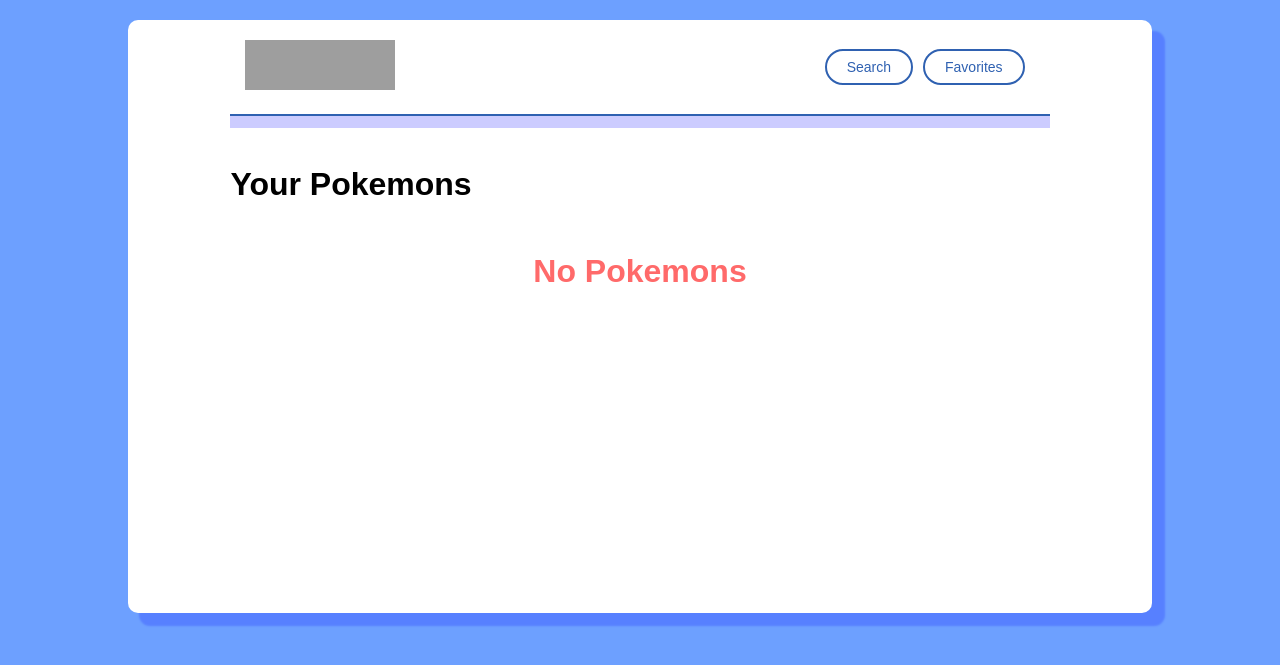
Repository: Rashiduulu/zeon-ithub-second-project
Page: FavoritePage/Favorite.html
These files come from the project's save history. The page is drawn as it stood at one moment and after the next save; the edit follows.
The browser window is 1280 px wide. The pictures show the whole page.
Pictures or frames that could not be fetched are drawn as grey boxes.

Above is the page before, as saved 2022-11-16 15:12:43.

### FavoritePage/Favorite.html
<!DOCTYPE html>
<html lang="en">

<head>
    <meta charset="UTF-8">
    <meta http-equiv="X-UA-Compatible" content="IE=edge">
    <meta name="viewport" content="width=device-width, initial-scale=1.0">
    <title>Document</title>
    <link rel="stylesheet" href="https://cdnjs.cloudflare.com/ajax/libs/font-awesome/6.0.0-beta3/css/all.min.css"
        integrity="sha512-Fo3rlrZj/k7ujTnHg4CGR2D7kSs0v4LLanw2qksYuRlEzO+tcaEPQogQ0KaoGN26/zrn20ImR1DfuLWnOo7aBA=="
        crossorigin="anonymous" referrerpolicy="no-referrer" />
    <link rel="stylesheet" href="./style.css">
</head>

<body>
    <div class="bg-color container">
        <header class="header container flex">
            <a href="../Home.html">
                <img class="logo" src="../imgs/Pokémon_logo.svg.png" alt="logo">
            </a>
            <div>
                <ul class="navbar flex">
                    <a href="../Home.html">
                        <li class="nav">Search</li>
                    </a>
                    <a href="./Favorite.html">
                        <li class="nav">Favorites</li>
                    </a>
                </ul>
            </div>
        </header>

        <div class="content container">
            <h1>Your Pokemons</h1>
        </div>

        <div class="container" id="favorite-cart">

        </div>
        <div class="false"></div>

        <script src="./script.js"></script>

</body>

</html>

### FavoritePage/style.css
* {
  margin: 0;
  padding: 0;
  box-sizing: border-box;
  font-family: sans-serif;
}

body {
  background: rgb(109, 160, 255);
}

.bg-color {
  background: #fff;
  box-shadow: 12px 12px 2px 1px rgba(0, 0, 255, 0.2);
  border-radius: 10px;
}

li {
  list-style-type: none;
}

a {
  text-decoration: none;
}

.container {
  width: 80%;
  margin: 0 auto;
}

.flex {
  display: flex;
}

.cu-p {
  cursor: pointer;
}
/*********************** header ***************************/

.header {
  align-items: center;
  justify-content: space-between;
  padding: 20px 15px;
  border-bottom: 2px solid rgb(47, 97, 177);
  box-shadow: 0 12px rgba(0, 0, 255, 0.2);
  margin-top: 20px;
}

.logo {
  width: 150px;
  height: 50px;
  cursor: pointer;
  transition: all 0.3s ease-out;
}

.logo:hover {
  transform: translateX(14px);
}

.nav {
  color: rgb(47, 97, 177);
  font-size: 14px;
  padding: 8px 20px;
  margin-right: 10px;
  border: 2px solid rgb(47, 97, 177);
  border-radius: 30px;
  cursor: pointer;
  transition: color 0.3s ease-out;
}

.nav:hover {
  background: rgb(254, 254, 7);
  color: rgb(47, 97, 177);
  border: 2px solid rgb(254, 254, 7);
}

.content {
  margin-top: 50px;
}

.showFav {
  display: flex;
}

/*********************************************************/

.card {
  display: flex;
  flex-direction: column;
  align-items: center;
  position: relative;
  background: rgb(132, 172, 238);
  border-radius: 5px;
  height: 330px;
  width: 250px;
  margin: 20px;
  padding: 20px 10px;
  box-shadow: 4px 6px 2px 1px rgba(0, 0, 255, 0.2);
  transition: all 0.2s ease-in;
}

.card:hover {
  transform: translateY(2px);
  box-shadow: none;
}

.card .left-side img {
  width: 185px;
  height: 150px;
  transition: all 0.1s ease-out;
}

.card .left-side {
  display: flex;
  flex-direction: column;
  align-items: center;
  color: rgb(23, 64, 130);
}

.poke-name {
  margin: 10px 0 5px;
  letter-spacing: 1px;
}

.left-side h3:nth-child(3) {
  margin: 10px 0;
}

.info-btn {
  position: absolute;
  top: 80px;
  right: 10px;
  color: rgb(47, 97, 177);
  font-size: 14px;
  padding: 4px 20px;
  margin-right: 10px;
  border: 2px solid rgb(47, 97, 177);
  border-radius: 30px;
  cursor: pointer;
  transition: color 0.3s ease-out;
  justify-content: flex-end;
  background: rgb(187, 187, 187);
}

.info-btn:hover {
  background: rgb(255, 255, 95);
  color: rgb(47, 97, 177);
  border: 2px solid rgb(255, 255, 95);
}

#favorite-cart {
  display: flex;
  flex-wrap: wrap;
  justify-content: center;
}

.fa-circle-xmark {
  position: absolute;
  top: 14px;
  right: 14px;
  font-size: 25px;
  color: rgb(71, 127, 224);
  cursor: pointer;
  transition: font-size 0.2s ease-out;
}

.fa-circle-xmark:hover {
  color: rgb(255, 84, 84);
  font-size: 27px;
}

.notPoke {
  display: flex;
  justify-content: center;
  margin-top: 50px;
  color: rgb(255, 106, 106);
  height: 50vh;
  width: 100%;
}

### FavoritePage/script.js
const favCart = document.querySelector("#favorite-cart");
//  localStorage.setItem("data", card);
const card = JSON.parse(localStorage.getItem("favorites"));
console.log(card);
// favCart.textContent = JSON.stringify(card);

function PokeCart() {
  if (Boolean(card)) {
    const pokeHTML = card
      .map((p) => {
        return `
       <div class="card" data-id = "${p.id}">
         <div class="left-side">
           <img class="poke-img" src="${p.image}" />
           <h2 class="poke-name">${p.name}</h2>
           <h3>Weight: ${p.weight}</h3>
           <h3>Type: ${p.type}</h3>
         </div>
         <div class="right-side">
         <i class="fas fa-circle-xmark" onclick="removeItem()"></i>
         </div>
     </div>
    `;
      })
      .join("");
    favCart.innerHTML = pokeHTML;
  } else {
    const noPoke = `<h1 class="notPoke">No Pokemons </h1>`;
    favCart.innerHTML = noPoke;
  }
}
PokeCart();


removeItem = () => {
  localStorage.removeItem("favorites")
}


// window.addEventListener("click", function (event) {
//   if (event.target.hasAttribute("src")) {
//     // const card = event.target.closest(".card");
//     //   console.log(card);
//       const card = JSON.parse(localStorage.getItem("favorites"));
//       console.log(card);

//     const productInfo = {
//       id: card.dataset.id,
//       image: card.querySelector(".poke-img").getAttribute("src"),
//       name: card.querySelector(".poke-name").innerText,
//     };
//     //    localStorage.setItem("data", JSON.stringify(productInfo));

//     let cartFavHtml = `
//         <div class="card" data-id = "${productInfo.id}">
//         <div class="left-side">
//           <img class="poke-img" src="${productInfo.image}" />
//           <h4 class="poke-name">${productInfo.name}</h4>
//         </div>
//         <div class="right-side">
//          <a href = "#" class = "info-btn">info</a>
//          <img class="add-to-fav" src="./imgs/liked.png" />
//         </div>
//     </div>
//     `;
//     const localPokes = localStorage.getItem("data");
//     //   log
//     //   if (localPokes) {
//     //     localStorage.setItem("data", JSON.stringify([...localPokes, productInfo])
//     //     );
//     //   } else {
//     //       localStorage.setItem("data", JSON.stringify([productInfo]))
//     //   }

//     //   const getItem = this.localStorage.getItem(productInfo);
//     //   console.log(productInfo, favCart);
//     //   console.log("html element", favCart);
//     favCart.textContent = card;
//   }
// });

After the next save:
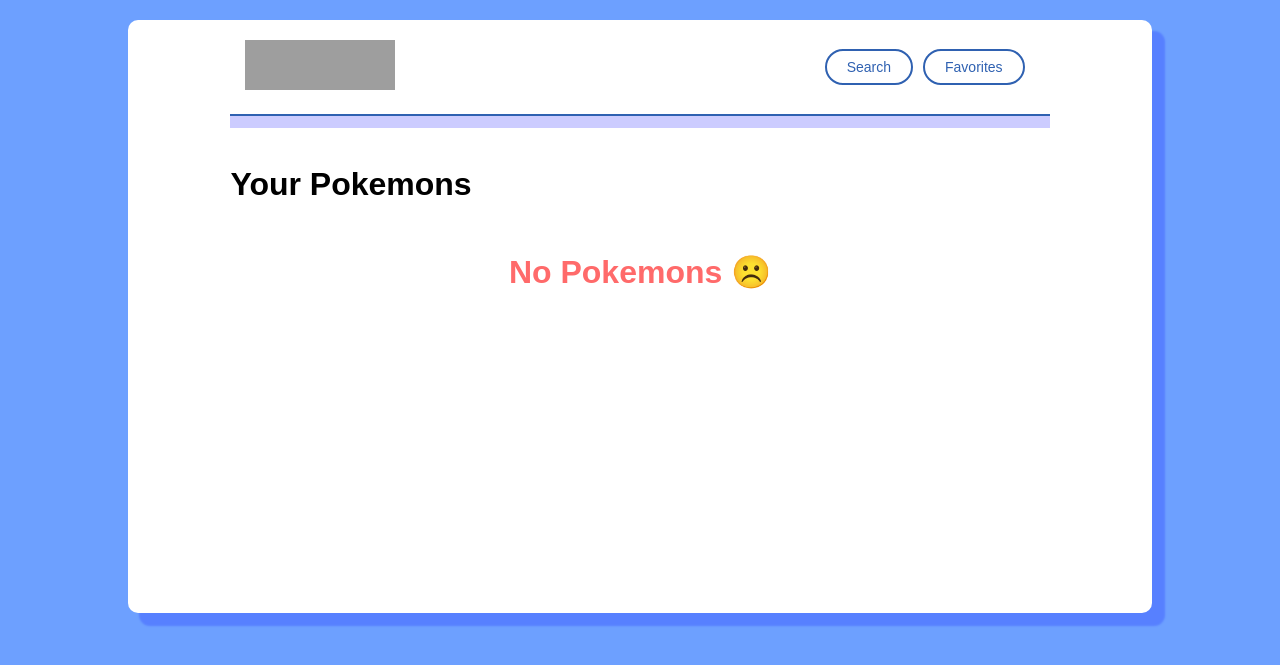
Saved 17 s later.
--- a/FavoritePage/script.js
+++ b/FavoritePage/script.js
@@ -25,7 +25,7 @@ function PokeCart() {
       .join("");
     favCart.innerHTML = pokeHTML;
   } else {
-    const noPoke = `<h1 class="notPoke">No Pokemons </h1>`;
+    const noPoke = `<h1 class="notPoke">No Pokemons ☹️</h1>`;
     favCart.innerHTML = noPoke;
   }
 }
